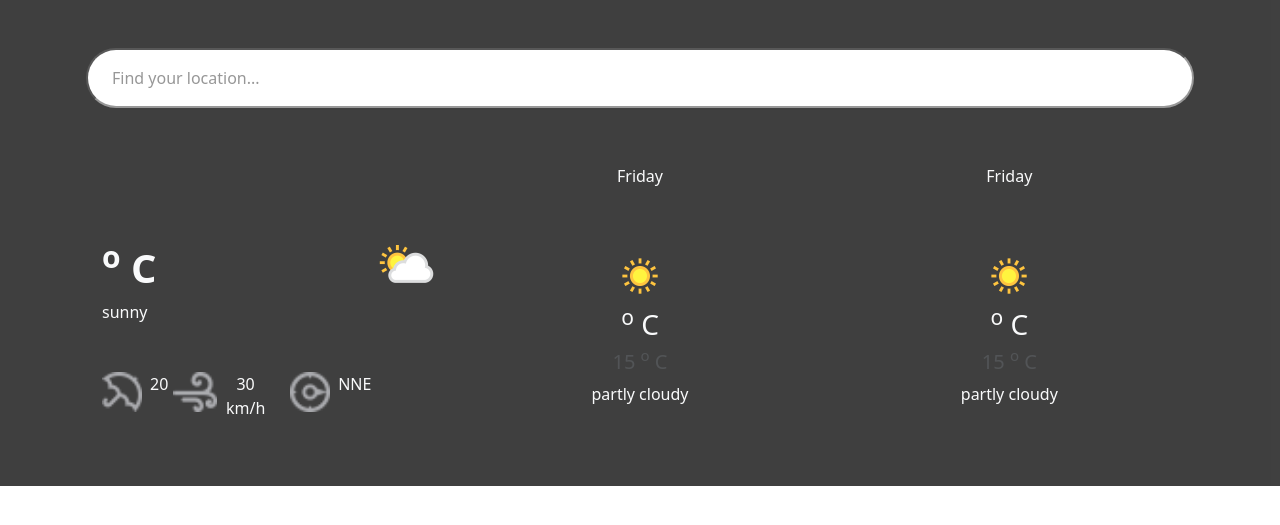
Repository: AmiraNabil97/WeatherApp
Page: index.html
An editor plug-in stored every save of this project. The page is shown before and after the next save, followed by the edit.
The browser window is 1280 px wide. The pictures show the whole page.

Above is the page before, as saved 2023-08-28 22:01:21.

### index.html
<!DOCTYPE html>
<html lang="en">
<head>
    <meta charset="UTF-8">
    <meta name="viewport" content="width=device-width, initial-scale=1.0">
    <title>Document</title>
    <link rel="stylesheet" href="css/bootstrap.min.css">
    <link rel="stylesheet" href="css/all.min.css">
    <link rel="stylesheet" href="css/style.css">
</head>
<body>

        <div class="app-container bg-black opacity-75">
            <div class="container px-3 py-5 text-center">

                <input type="text" class="w-100 mx-auto rounded-5 py-3 px-4 bg-main-color mb-5 text-white"
                    placeholder="Find your location..." id="search" />
                <div class="row g-0">

                    <div class="item col-md-4 bg-sec-color m-0 rounded-4 ">
                        <div class="d-flex justify-content-between py-2 px-3 bg-main-color text-light rounded-start"id="today-date">
                            <p id="today_date_day_name" class="my-auto"></p>
                            <span>
                                <span id="today_date_day_number" class="my-auto"></span>
                                <span id="today_date_month" class="my-auto"></span>
                            </span>
                        </div>
                        <div class="item-content text-start px-3 py-3 pt-5 text-light" id="today">
                            <p id="today_location" class="fs-4"></p>
                            <div class="d-flex justify-content-between align-items-center">
                                <span class="fs-1 fw-bolder">
                                    <span id="today_temp"></span>
                                    <span><sup>o</sup> C</span>
                                </span>
                                <img id="today_condition_img" src="images/116.png" alt="" />
                            </div>
                            <p id="today_condition_text" class="fs-6 text-light-blue">sunny</p>
                        </div>
                        <div class="item-footer d-flex text-light p-3">
                            <div class="d-flex me-3">
                                <img src="images/icon-umberella.png" class="footer-icons me-2" alt="" />
                                <p id="humidity">20</p>
                            </div>
                            <div class="d-flex me-3">
                                <img src="images/icon-wind.png" class="footer-icons mx-2" alt="" />
                                <p id="wind">30 km/h</p>
                            </div>
                            <div class="d-flex">
                                <img src="images/icon-compass.png" class="footer-icons mx-2" alt="" />
                                <p id="wind_direction">NNE</p>
                            </div>
                        </div>
                    </div>

                    <div class="item col-md-4 m-0 bg-main-color">
                        <div class="py-2 text-center bg-sec-color text-light" >
                            <p class="next_day_name my-auto">Friday</p>
                        </div>
                        <div class="item-content text-start text-light p-3 text-center pt-5">
                            <img class="next_condition_img" src="images/113.png" alt="">
                            <h3>
                                <span class="next_max_temp"></span>
                                <span><sup>o</sup> C</span>
                            </h3>
                            <h5 class="text-muted">
                                <span class="next_min_temp">15</span>
                                <span><sup>o</sup> C</span>
                            </h5>
                            <p class="next_condition_text fs-6 text-light-blue">partly cloudy</p>
                        </div>
                    </div>

                    <!--After Tomorrow Data Section-->
                    <div class="item col-md-4 m-0 bg-sec-color rounded-4">
                        <div class="py-2 text-center px-3 bg-main-color text-light rounded-end">
                            <p class="next_day_name my-auto">Friday</p>
                        </div>
                        <div class="item-content text-start text-light p-3 text-center pt-5">
                            <img class="next_condition_img" src="images/113.png" alt="">
                            <h3>
                                <span class="next_max_temp"></span>
                                <span><sup>o</sup> C</span>
                            </h3>
                            <h5 class="text-muted">
                                <span class="next_min_temp">15</span>
                                <span><sup>o</sup> C</span>
                            </h5>
                            <p class="next_condition_text fs-6 text-light-blue">partly cloudy</p>
                        </div>
                    </div>
                </div>
            </div>
        </div>








    <script src="js/jquery-3.7.0.min.js"></script>
    <script src="js/bootstrap.bundle.js"></script>
    <script src="js/main.js"></script>
</body>
</html>

Loaded but not shown: css/bootstrap.min.css (library); css/all.min.css (library); js/jquery-3.7.0.min.js (library); js/bootstrap.bundle.js (library); css/style.css (no stored copy; drawn as an empty file); js/main.js (no stored copy; drawn as an empty file)

After the next save:
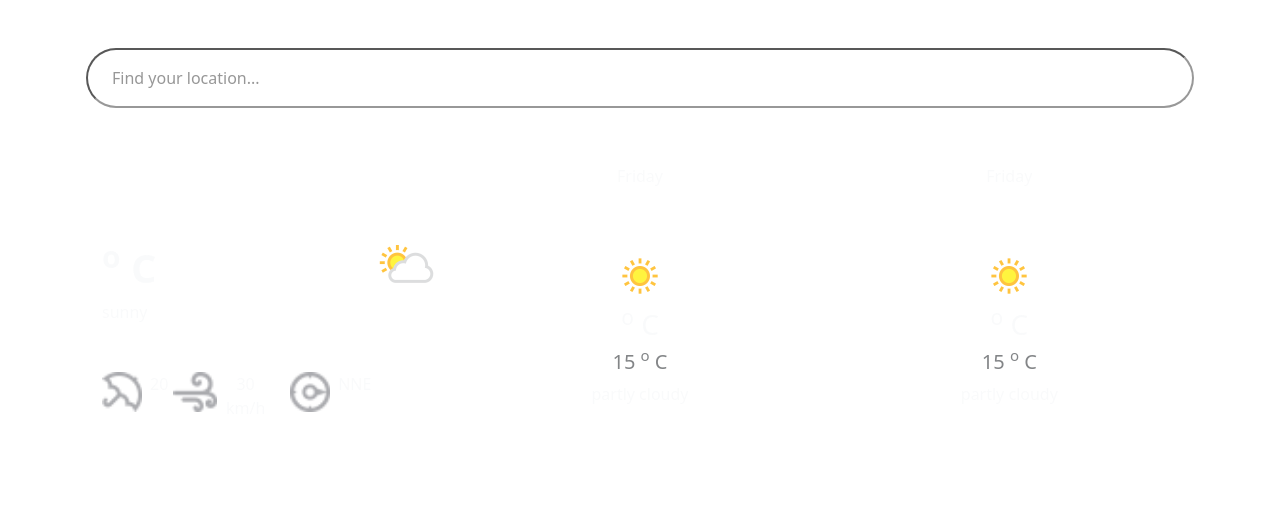
Saved 6 s later.
--- a/index.html
+++ b/index.html
@@ -10,7 +10,7 @@
 </head>
 <body>
 
-        <div class="app-container bg-black opacity-75">
+        <div class="app-container  opacity-75">
             <div class="container px-3 py-5 text-center">
 
                 <input type="text" class="w-100 mx-auto rounded-5 py-3 px-4 bg-main-color mb-5 text-white"
